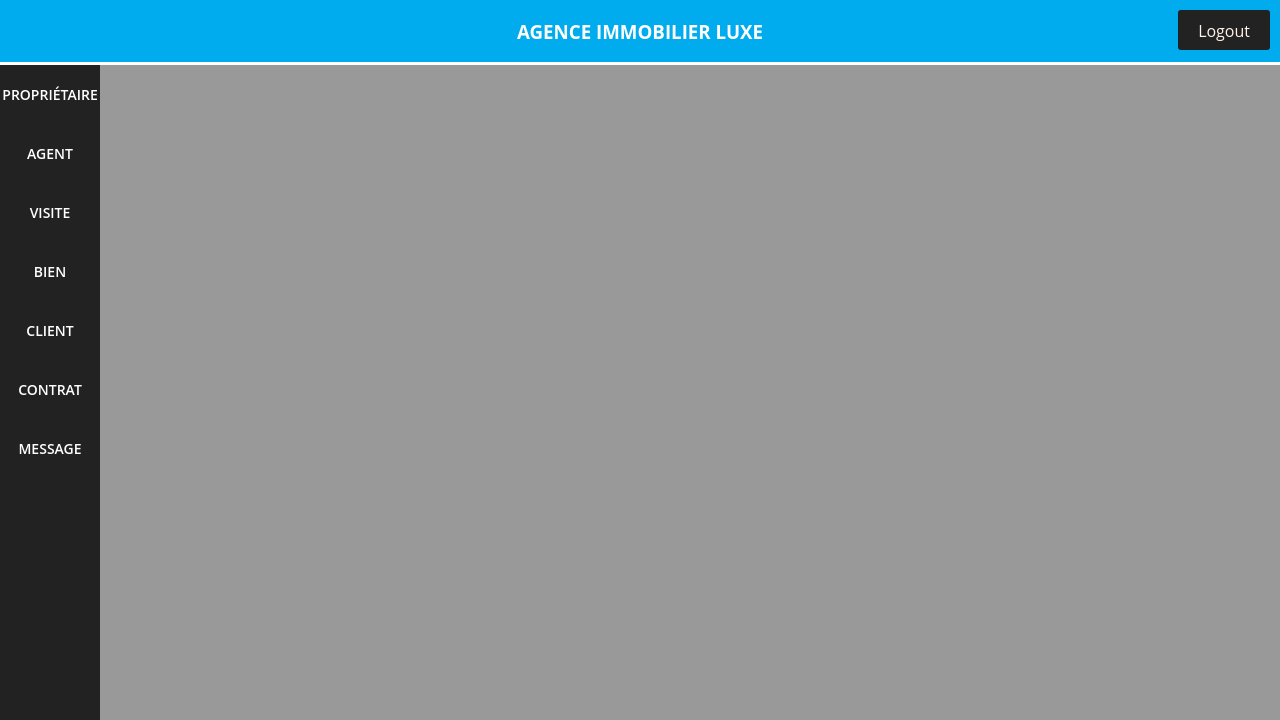
Repository: hassen-mnejja/Real_Estate_Agency_Website
Page: http://localhost/backoffice/WEB-INF/home.jsp
These files come from the project's save history. The page is drawn as it stood at one moment and after the next save; the edit follows.
The browser window is 1280 px wide. The pictures show the whole page.
Some icons come from a web library that is not loaded, so they are not drawn. The page is served by Tomcat 9. Nobody is signed in. Other server files are loaded and not shown. The template is opened directly, without the code that normally fills it, so the values that code supplies are empty.

Above is the page before, as saved 2020-06-24 20:13:37.

### backoffice/WebContent/WEB-INF/home.jsp
<%@ page language="java" contentType="text/html; charset=UTF-8" pageEncoding="UTF-8"%>
<!DOCTYPE html>
<html>
<head>
<script src="../JS/1351.js"></script>
<title>Ajouter un agent</title>
<link rel="stylesheet" href="../Style/MonStyle.css">
<link rel="icon" href="../Images/icon4.ico" />
<script src="../JS/jquery-3.4.1.js"></script>
<style>
.my-form {
	width: 650px;
}
body {
  background-image: url('../Images/image.png') center bottom no-repeat;
  background-repeat: no-repeat;
}
a.log {
	position: fixed;
	float: left;
	background: #222;
	border-radius: 3px 3px 3px 3px;
	height: 20px;
	top: 10px;
	right: 10px;
}
</style>
</head>
<body>

	<!-- navbar -->
	<div id="nav-placeholder"></div>

	<!-- contenu -->
	<div id="contenu"></div>

	<!-- javascript -->
	<script>
		$(function() {
			$("#nav-placeholder").load("../navbar.html");
		});
	</script>
</body>
</html>

### backoffice/WebContent/Style/MonStyle.css
@charset "ISO-8859-1";
.aa:hover {
	background-color: rgba(0, 0, 0, 0);
	color: #4088a3;
}

.aa:link, .aa:visited {
	background-color: rgba(0, 0, 0, 0);
	color: #666;
	text-decoration: none;
	display: inline-block;
	border: none;
	padding: 0px 0px;
}

.nav {
	position: fixed;
	top: 60px;
	left: 0px;
	width: 100px;
	height: 100%;
	background: #222;
	z-index: 2;
}

.contenu {
	position: fixed;
	top: 60px;
	left: 100px;
	width: 100%;
	height: 100%;
	background: #999;
	z-index: 2;
}

.header {
	position: fixed;
	left: 0;
	right: 0;
	z-index: 1002;
	min-height: 60px;
	padding: 0 15px;
	background: #00acee;
	border-bottom: 3px solid white;
}

#contenu {
	position: fixed;
	top: 60px;
	left: 100px;
	width: calc(100% - 100px);
	height: 100%;
	background: #999;
	z-index: 1;
	margin-left: auto;
	margin-right: auto;
	transition: all 500ms linear;
	overflow-y: auto;
}

#contenu.active {
	left: 0px;
	width: 100%;
}

#nav {
	left: 0px;
	transition: all 500ms linear;
}

#nav.active {
	left: -100px;
}

.nav span {
	display: block;
	font-size: 14px;
	color: #fff;
	font-weight: 600;
	text-transform: uppercase;
	margin-top: 10px;
}

.fi {
	font-size: 25px;
	color: #eee;
}

.toggle {
	position: fixed;
	font-size: 25px;
	color: #222;
	top: 15px;
	left: 40px;
	cursor: pointer;
}

.nav .nav-item {
	position: relative;
	width: 100%;
	text-align: center;
}

.nav .main-item, .nav .sub-item {
	padding: 15px 0px;
	background: #222;
}

.nav .nav-item .sub-items {
	position: absolute;
	top: 0px;
	left: -300px;
	width: max-content;
	z-index: -1;
	transition: all 300ms ease-in-out;
}

.nav .sub-items .sub-item {
	float: left;
	width: 100px;
}

.nav .main-item:hover, .nav .sub-item:hover {
	background: #00acee;
	cursor: pointer;
}

.nav .nav-item:hover .sub-items {
	left: 102px;
}

#elements {
	font-family: "Trebuchet MS", Arial, Helvetica, sans-serif;
	border-collapse: collapse;
	width: 100%;
	border: 1px solid #d6d6d6;
	border-radius: 3px 3px 3px 3px;
}

#elements td, #elements th {
	border: 1px solid #ddd;
	padding: 8px;
}

#elements tr:nth-child(even) {
	background-color: white;
}

#elements tr:nth-child(odd) {
	background-color: #eff0f1;
}

#elements tr:hover {
	background-color: #ddd;
}

#elements th {
	padding-top: 12px;
	padding-bottom: 12px;
	text-align: left;
	background-color: white;
	color: gray;
}

@import url('https://fonts.googleapis.com/css?family=Roboto');

/*---------------------------------------*/
/* Register Form */
/*---------------------------------------*/
body {
	margin: 0px;
	font-family: "Open Sans", sans-serif;
}

a:link, a:visited {
	background-color: #f44336;
	color: #fff3e9;
	padding: 10px 20px;
	text-align: center;
	text-decoration: none;
	display: inline-block;
	border: none;
	border-radius: 5px;
}

a:hover, a:active {
	background-color: #fa3c39;
	color: white;
}

.my-form {
	font-family: "Roboto", sans-serif;
	background: linear-gradient(to right, #ffffff 0%, #fafafa 50%, #ffffff 99%);
	border-radius: 10px;
	margin: 30px auto;
	width: 650px;
}

/*---------------------------------------*/
/* Form Header */
/*---------------------------------------*/
.form-header {
	background-color: #EFF0F1;
	border-top-left-radius: 10px;
	border-top-right-radius: 10px;
}

.form-header h1 {
	font-size: 30px;
	text-align: center;
	color: #666;
	padding: 20px 0;
	border-bottom: 1px solid #cccccc;
}

/*---------------------------------------*/
/* Form Body */
/*---------------------------------------*/
.form-body {
	padding: 10px 40px;
	color: #666;
}

.form-group {
	margin-bottom: 20px;
}

.form-body .label-title {
	color: #00acee;
	font-size: 17px;
	font-weight: bold;
}

.form-body .form-input {
	font-size: 17px;
	box-sizing: border-box;
	width: 100%;
	height: 34px;
	padding-left: 10px;
	padding-right: 10px;
	color: #333333;
	text-align: left;
	border: 1px solid #d6d6d6;
	border-radius: 4px;
	background: white;
	outline: none;
}

.horizontal-group .left {
	float: left;
	width: 49%;
}

.horizontal-group .right {
	float: right;
	width: 49%;
}

/*---------------------------------------*/
/* Form Footer */
/*---------------------------------------*/
.my-form .form-footer {
	background-color: #EFF0F1;
	border-bottom-left-radius: 10px;
	border-bottom-right-radius: 10px;
	padding: 10px 40px;
	text-align: right;
	border-top: 1px solid #cccccc;
	clear: both;
}

.form-footer span {
	float: left;
	margin-top: 10px;
	color: #999;
	font-style: italic;
	font-weight: thin;
}

.btn {
	display: inline-block;
	padding: 10px 20px;
	background-color: #00acee;
	font-size: 17px;
	border: none;
	border-radius: 5px;
	color: #c3f4ff;
	cursor: pointer;
}

.btn:hover {
	background-color: #11addd;
	color: white;
}

a.log {
	position: fixed;
	float: left;
	background: #222;
	border-radius: 3px 3px 3px 3px;
	height: 20px;
	top: 10px;
	right: 10px;
}

.title {
	color: white;
	text-align: center;
	cursor: pointer;
}

### backoffice/WebContent/navbar.html
<script src="JS/1351.js"></script>
<header class="header black-bg">
	<i class="fas fa-bars toggle" onclick="toggle()" id="b"></i>
	<h3 class="title" onclick="window.location.href = '/backoffice/prive/home';">AGENCE IMMOBILIER LUXE</h3>
	<a class="log" href="/backoffice/logout" id="discon">Logout</a>
</header>
<div class="nav" id="nav" style="display: block">
	<div class="nav-item">
		<div class="main-item">
			<i class="fad fa-house-user fi"></i> <span>Propriétaire</span>
		</div>
		<div class="sub-items">
			<div class="sub-item" onclick="window.location.href = '/backoffice/prive/ajouterprop';">
				<i class="fad fa-user-plus fi"></i> <span>Ajouter</span>
			</div>
			<div class="sub-item" onclick="window.location.href = '/backoffice/prive/chercherprop';">
				<i class="fad fa-search fi"></i> <span>Chercher</span>
			</div>
		</div>
	</div>
	<div class="nav-item">
		<div class="main-item">
			<i class="fad fa-user-headset fi"></i> <span>Agent</span>
		</div>
		<div class="sub-items">
			<div class="sub-item" onclick="window.location.href = '/backoffice/prive/ajouteragent';">
				<i class="fad fa-user-plus fi"></i> <span>Ajouter</span>
			</div>
			<div class="sub-item" onclick="window.location.href = '/backoffice/prive/chercheragent';">
				<i class="fad fa-search fi"></i> <span>Chercher</span>
			</div>
		</div>
	</div>
	<div class="nav-item">
		<div class="main-item">
			<i class="fad fa-house-return fi"></i> <span>Visite</span>
		</div>
		<div class="sub-items">
			<div class="sub-item" onclick="window.location.href = '/backoffice/prive/ajoutervisite';">
				<i class="fad fa-calendar-plus fi"></i> <span>Programmer</span>
			</div>
			<div class="sub-item" onclick="window.location.href = '/backoffice/prive/cherchervisite';">
				<i class="fad fa-search fi"></i> <span>Chercher</span>
			</div>
		</div>
	</div>
	<div class="nav-item">
		<div class="main-item">
			<i class="fad fa-house fi"></i> <span>Bien</span>
		</div>
		<div class="sub-items">
			<div class="sub-item" onclick="window.location.href = '/backoffice/prive/ajouterbien';">
				<i class="fad fa-plus fi"></i> <span>Ajouter</span>
			</div>
			<div class="sub-item" onclick="window.location.href = '/backoffice/prive/chercherbien';">
				<i class="fad fa-search fi"></i> <span>Chercher</span>
			</div>
		</div>
	</div>
	<div class="nav-item">
		<div class="main-item">
			<i class="fad fa-user fi"></i> <span>client</span>
		</div>
		<div class="sub-items">
			<div class="sub-item" onclick="window.location.href = '/backoffice/prive/ajouterclient';">
				<i class="fad fa-user-plus fi"></i> <span>Ajouter</span>
			</div>
			<div class="sub-item" onclick="window.location.href = '/backoffice/prive/chercherclient';">
				<i class="fad fa-search fi"></i> <span>Chercher</span>
			</div>
		</div>
	</div>
	<div class="nav-item">
		<div class="main-item">
			<i class="fad fa-file fi"></i> <span>contrat</span>
		</div>
		<div class="sub-items">
			<div class="sub-item" onclick="window.location.href = '/backoffice/prive/ajoutercontrat';">
				<i class="fad fa-file-plus fi"></i> <span>Ajouter</span>
			</div>
			<div class="sub-item" onclick="window.location.href = '/backoffice/prive/cherchercontrat';">
				<i class="fad fa-file-search fi"></i> <span>Chercher</span>
			</div>
		</div>
	</div>
	<div class="nav-item">
		<div class="main-item">
			<i class="fad fa-comments-alt fi"></i> <span>Message</span>
		</div>
		<div class="sub-items">
			<div class="sub-item" onclick="window.location.href = '/backoffice/prive/ecriremessage';">
				<i class="fad fa-comment-alt-plus fi"></i> <span>Ajouter</span>
			</div>
			<div class="sub-item" onclick="window.location.href = '/backoffice/prive/boitemessage';">
				<i class="fad fa-inbox fi"></i> <span>Chercher</span>
			</div>
		</div>
	</div>
</div>
<script>
	function toggle() {
		document.getElementById("nav").classList.toggle('active');
		document.getElementById("contenu").classList.toggle('active');
	}
</script>

Loaded but not shown: backoffice/WebContent/JS/1351.js (library); backoffice/WebContent/JS/jquery-3.4.1.js (library)

After the next save:
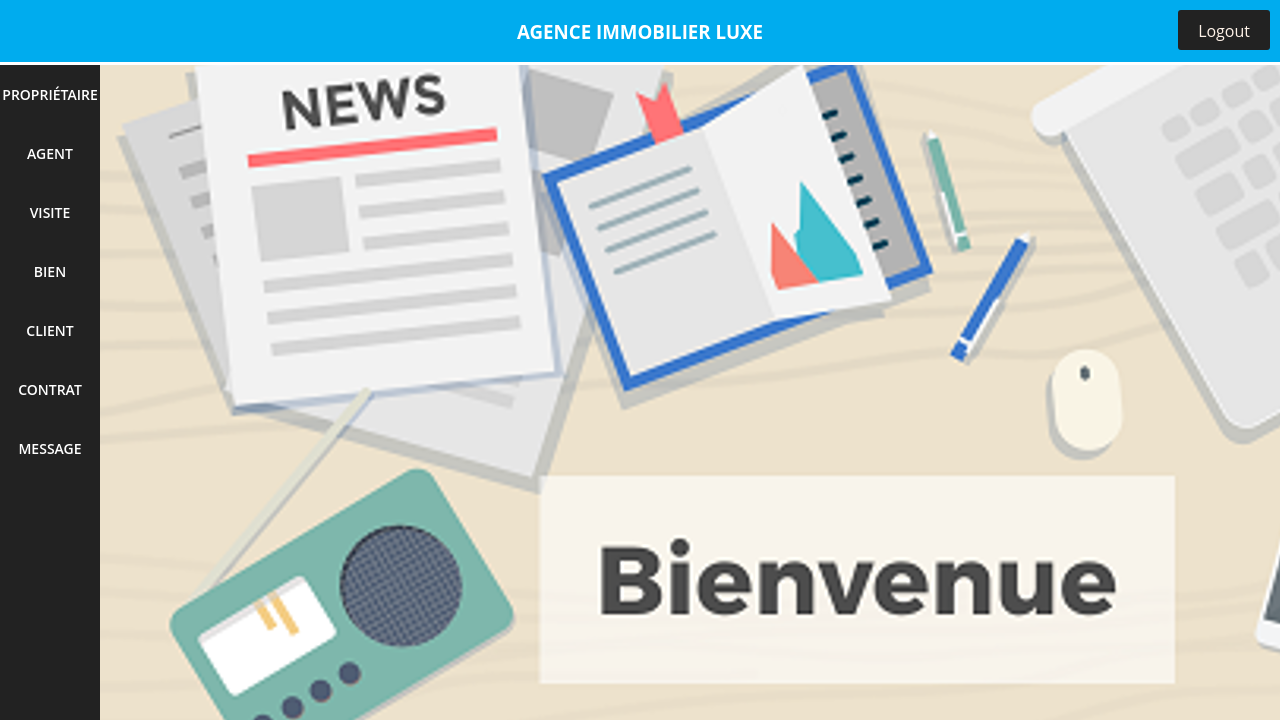
Saved 2 min 37 s later.
--- a/backoffice/WebContent/WEB-INF/home.jsp
+++ b/backoffice/WebContent/WEB-INF/home.jsp
@@ -32,7 +32,7 @@ a.log {
 	<div id="nav-placeholder"></div>
 
 	<!-- contenu -->
-	<div id="contenu"></div>
+	<div id="contenu" style="background-image: url('../Images/image.png')"></div>
 
 	<!-- javascript -->
 	<script>
